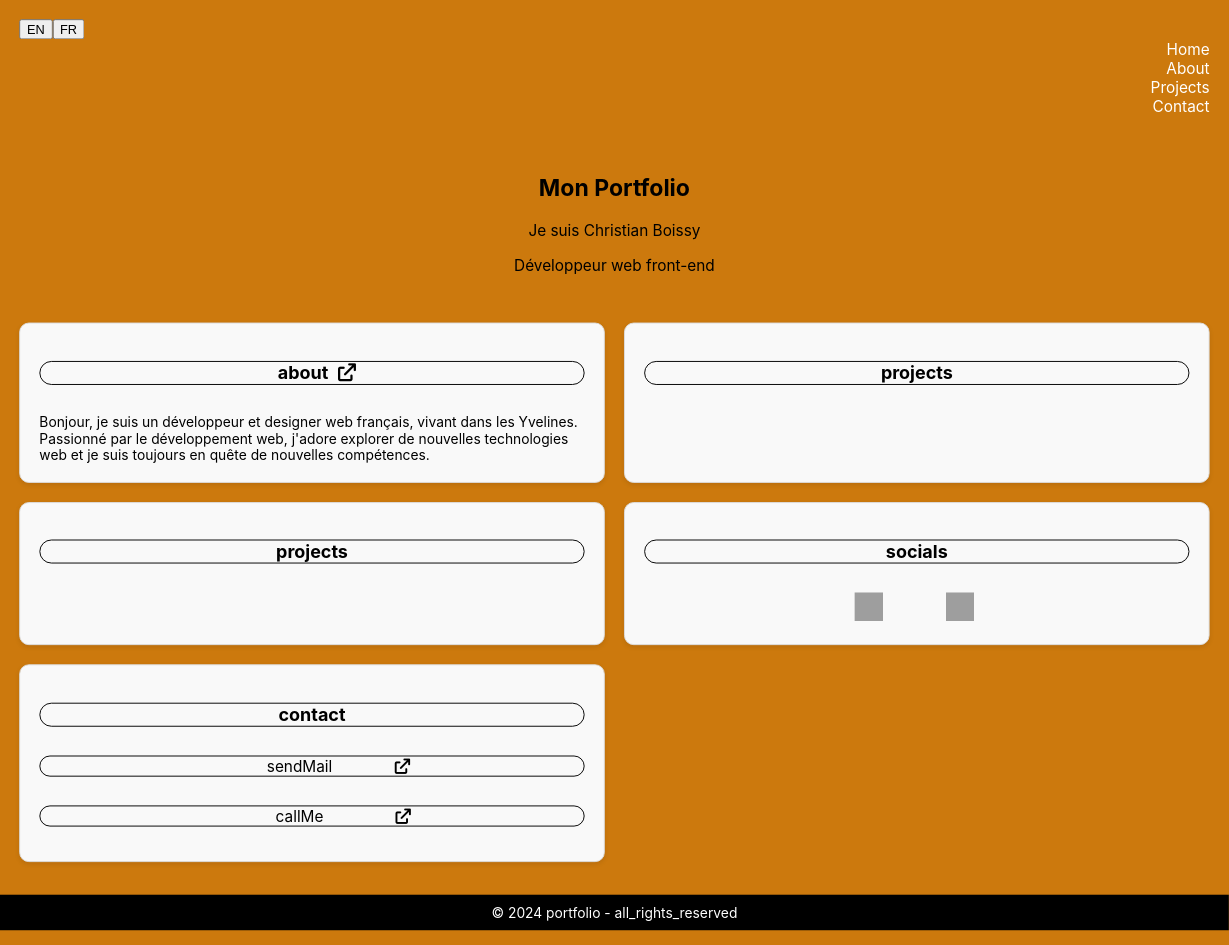
Repository: Christian121966/mon-portfolio
Page: /
An editor plug-in stored every save of this project. The page is shown before and after the next save, followed by the edit.
The browser window is 1280 px wide. The pictures show the whole page, at 96% of full size.
Pictures or frames that could not be fetched are drawn as grey boxes. The project was rebuilt for these pictures with package versions that can differ from the ones it lists, and the page was loaded fresh each time. Also part of the build but not shown: src/pages/AboutPage/AboutPage.scss, src/pages/AboutPage/AboutPage.js, src/pages/ProjectsPage/ProjectsPage.js, src/pages/ContactPage/ContactPage.js. Imported but missing from the stored project, and not drawn on this page: src/i18next.

Above is the page before, as saved 2024-07-24 16:28:22.

### src/index.js
import React from 'react';
import ReactDOM from 'react-dom/client';
import '../src/index.css';
import App from './App';
import '../src/i18next';
import reportWebVitals from './reportWebVitals';

const root = ReactDOM.createRoot(document.getElementById('root'));
root.render(
  <React.StrictMode>
    <App />
  </React.StrictMode>
);

// If you want to start measuring performance in your app, pass a function
// to log results (for example: reportWebVitals(console.log))
// or send to an analytics endpoint. Learn more: https://bit.ly/CRA-vitals
reportWebVitals();

### src/App.js
import React from 'react';
import { BrowserRouter as Router, Route, Routes } from 'react-router-dom';
import HomePage from '../src/pages/HomePage/HomePage';
import AboutPage from '../src/pages/AboutPage/AboutPage';
import ProjectsPage from '../src/pages/ProjectsPage/ProjectsPage';
import ContactPage from './pages/ContactPage/ContactPage';
import Header from '../src/components/Header/Header';
import Footer from '../src/components/Footer/Footer';

function App() {
  return (
    <Router>
      <Header />
      <Routes>
      <Route path="/" element={<HomePage />} />
        <Route path="/about" element={<AboutPage />} />
        <Route path="/projects" element={<ProjectsPage />} />
        <Route path="/contact" element={<ContactPage />} />
      </Routes>
      <Footer />
    </Router>
  );
}

export default App;

### src/pages/HomePage/HomePage.js
// src/pages/HomePage.js
import React, { useState, useEffect } from 'react';
import { useTranslation } from 'react-i18next';



import './HomePage.scss';

const HomePage = () => {
  const [phoneNumberVisible, setPhoneNumberVisible] = useState(false);
  const { t } = useTranslation();

  useEffect(() => {
    if (phoneNumberVisible) {
      const timer = setTimeout(() => {
        setPhoneNumberVisible(false);
      }, 10000);

      return () => clearTimeout(timer);
    }
  }, [phoneNumberVisible]);

  const showPhoneNumber = (event) => {
    event.preventDefault();
    setPhoneNumberVisible(true);
  };

  return (
    <div className="homepage">
      <h2>{t('Mon Portfolio')}</h2>
      <span className='homepage__name'>{t('Je suis Christian Boissy')}</span>
      <p className="homepage__profession">{t('Développeur web front-end')}</p>
      <div className="homepage__cards">
        <div className="card">
          <h3>
            {t('about')}
            <a href="/about" className="propos__link">
              <i className="fa-solid fa-arrow-up-right-from-square"></i>
            </a>
          </h3>
          <span className='propos'>
            Bonjour, je suis un développeur et designer web français, vivant dans les Yvelines. Passionné par le développement web, j'adore explorer de nouvelles technologies web et je suis toujours en quête de nouvelles compétences.
          </span>
        </div>
        <div className="card">
          <h3>{t('projects')}</h3>
        </div>
        <div className="card">
          <h3>{t('projects')}</h3>
        </div>
        <div className="card">
          <h3>{t('socials')}</h3>
          <a href="https://github.com/votre-profil" target="_blank" rel="noopener noreferrer">
            <img className='github' width="30" height="30" src="https://img.icons8.com/ios-glyphs/30/github.png" alt="github"/>
          </a>
          <a href="https://www.linkedin.com/in/votre-profil" target="_blank" rel="noopener noreferrer">
            <img className='linkedin' width="30" height="30" src="https://img.icons8.com/ios-glyphs/30/linkedin.png" alt="linkedin"/>
          </a>
        </div>
        <div className="card">
          <h3>{t('contact')}</h3>
          <p className='mail'>
            {t('sendMail')}
            <a href="mailto:boissychristian@gmail.com" className="contact__link">
              <i className="fa-solid fa-arrow-up-right-from-square"></i>
            </a>
          </p>
          <p className='phone'>
            {t('callMe')}
            <button className="contact_phone__link" onClick={showPhoneNumber}>
              <i className="fa-solid fa-arrow-up-right-from-square"></i>
            </button>
          </p>
          {phoneNumberVisible && (
            <p id="phone">
              0669311966
            </p>
          )}
        </div>
      </div>
    </div>
  );
};

export default HomePage;

### src/components/Header/Header.js
// src/components/Header/Header.js
import React from 'react';
import { useTranslation } from 'react-i18next';
import '../Header/Header.scss';

function Header() {
  const { i18n } = useTranslation();

  const changeLanguage = (lng) => {
    if (i18n && typeof i18n.changeLanguage === 'function') {
      i18n.changeLanguage(lng);
    } else {
      console.error('i18n.changeLanguage is not a function');
    }
  };


  return (
    <header className="header">
      <div className="header__language-buttons">
        <button onClick={() => changeLanguage('en')}>EN</button>
        <button onClick={() => changeLanguage('fr')}>FR</button>
      </div>
      <nav className="header__nav">
        <a href="/" className="header__link">Home</a>
        <a href="/about" className="header__link">About</a>
        <a href="/projects" className="header__link">Projects</a>
        <a href="/contact" className="header__link">Contact</a>
      </nav>
    </header>
  );
}

export default Header;

### src/components/Footer/Footer.js
// src/components/Footer/Footer.js
import React from 'react';
import { useTranslation } from 'react-i18next';
import '../../components/Footer/Footer.scss';

function Footer() {
  const { t } = useTranslation();

  return (
    <footer>
      <p className="footer__text">© 2024 {t('portfolio')} - {t('all_rights_reserved')}</p>
    </footer>
  );
}

export default Footer;

### src/pages/HomePage/HomePage.scss
@import '../../styles/abstracts/variables';
@import '../../styles/abstracts/mixins';

// src/pages/HomePage.scss

.homepage {
    padding: 20px;

    h2 {
      text-align: center;
    }

    .homepage__name {
      display: flex;
      justify-content: center;
      align-items: center;
    }

    .homepage__profession {
      display: flex;
      justify-content: center;
      align-items: center;
      margin-bottom: 50px;
    }

    .homepage__cards {
      display: grid;
      grid-template-columns: 1fr 1fr;
      gap: 20px;
      margin-top: 20px;

      @media (max-width: 768px) {
        grid-template-columns: 1fr;
      }

      .card {
        background-color: #f9f9f9;
        border: 1px solid #ddd;
        border-radius: 10px;
        padding: 20px;
        box-shadow: 0 2px 5px rgba(0, 0, 0, 0.1);
        text-align: center;

        h3 {
          margin-bottom: 30px;
          border: 1px solid #000;
          border-radius: 35px;
        }

        a.propos__link {
          text-decoration: none;
          color: #000;
        }

        .fa-solid.fa-arrow-up-right-from-square {
          position: relative;
          left: 10px;
          cursor: pointer;
        }

        .propos {
          font-size: 0.9rem;
          text-align: left;
          display: flex;
        }
      }
    }

        .github {
            position: relative;
            left: -35px;
            cursor: pointer;
        }

        .linkedin {
            position: relative;
            left: 30px;
            cursor: pointer;
        }

        .mail {
            border: 1px solid #000;
            border-radius: 35px;
            margin-bottom: 30px;

            .contact__link {
                position: relative;
                left: 45px;
                color: #000;
                cursor: pointer;
            }
        }

        .phone {
            border: 1px solid #000;
            border-radius: 35px;

            .contact_phone__link {
                position: relative;
                left: 55px;
                color: #000;
                cursor: pointer;
            }
        }

        .contact__link, .contact_phone__link {
            margin-left: 10px;
            color: inherit;
            text-decoration: none;
        }

        .contact_phone__link {
            background: none;
            border: none;
            color: inherit;
            font: inherit;
            cursor: pointer;
            display: inline;
            padding: 0;
        }

    }

### src/components/Header/Header.scss
// src/styles/components/_header.scss
@import '../../styles/abstracts/variables';
@import '../../styles/abstracts/mixins';

.header {
  //background-color: $primary-color;
  padding: 20px;

  &__nav {
    display: flex;
    flex-direction: column;
    justify-content: end;
    align-items: end;
  }

  &__link {
    color: white;
    text-decoration: none;

    &:hover {
      text-decoration: underline;
    }
  }

  /* src/components/Header/Header.scss */

.header__language-buttons {
  display: flex;
  align-items: center;
}

.control__lang {
  display: flex;
  align-items: center;
  background-color: #007bff;
  color: #ffffff;
  border: none;
  border-radius: 5px;
  padding: 8px 16px;
  cursor: pointer;
  position: relative;
  font-size: 16px;
  outline: none;
}

.control__lang_side {
  margin: 0 8px;
}

.control__lang_switch {
  position: absolute;
  top: 50%;
  left: 50%;
  transform: translate(-50%, -50%);
  background-color: #ffffff;
  border-radius: 50%;
  width: 24px;
  height: 24px;
  transition: transform 0.3s ease;
}

.control__lang[aria-checked="true"] .control__lang_switch {
  transform: translate(calc(-50% + 100%), -50%);
}

.control__lang_switch span {
  display: block;
  width: 100%;
  height: 100%;
}

}

### src/components/Footer/Footer.scss
@import '../../styles/abstracts/variables';
@import '../../styles/abstracts/mixins';

p.footer__text {
    color: white;
    text-align: center;
    padding: 10px;
    background-color: $primary-color;
    @include flex-center;
    font-size: 0.9rem;
}

### src/styles/abstracts/_variables.scss
// src/styles/abstracts/_variables.scss

// Couleurs
$primary-color: #000;
$secondary-color: #2ecc71;
$tertiary-color: #3498db;;
$font-color: #333;
$background-color: #f5f5f5;

// Fonts
$font-stack: 'Helvetica, sans-serif';

// Autres variables
$border-radius: 5px;

### src/styles/abstracts/_mixins.scss
// src/styles/abstracts/_mixins.scss

@mixin flex-center {
    display: flex;
    justify-content: center;
    align-items: center;
  }

  @mixin responsive-font-size($size) {
    font-size: $size;

    @media (max-width: 600px) {
      font-size: $size * 0.8;
    }
  }

Loaded but not shown: public/index.html (common file); src/index.css (common file); src/reportWebVitals.js (common file)

After the next save:
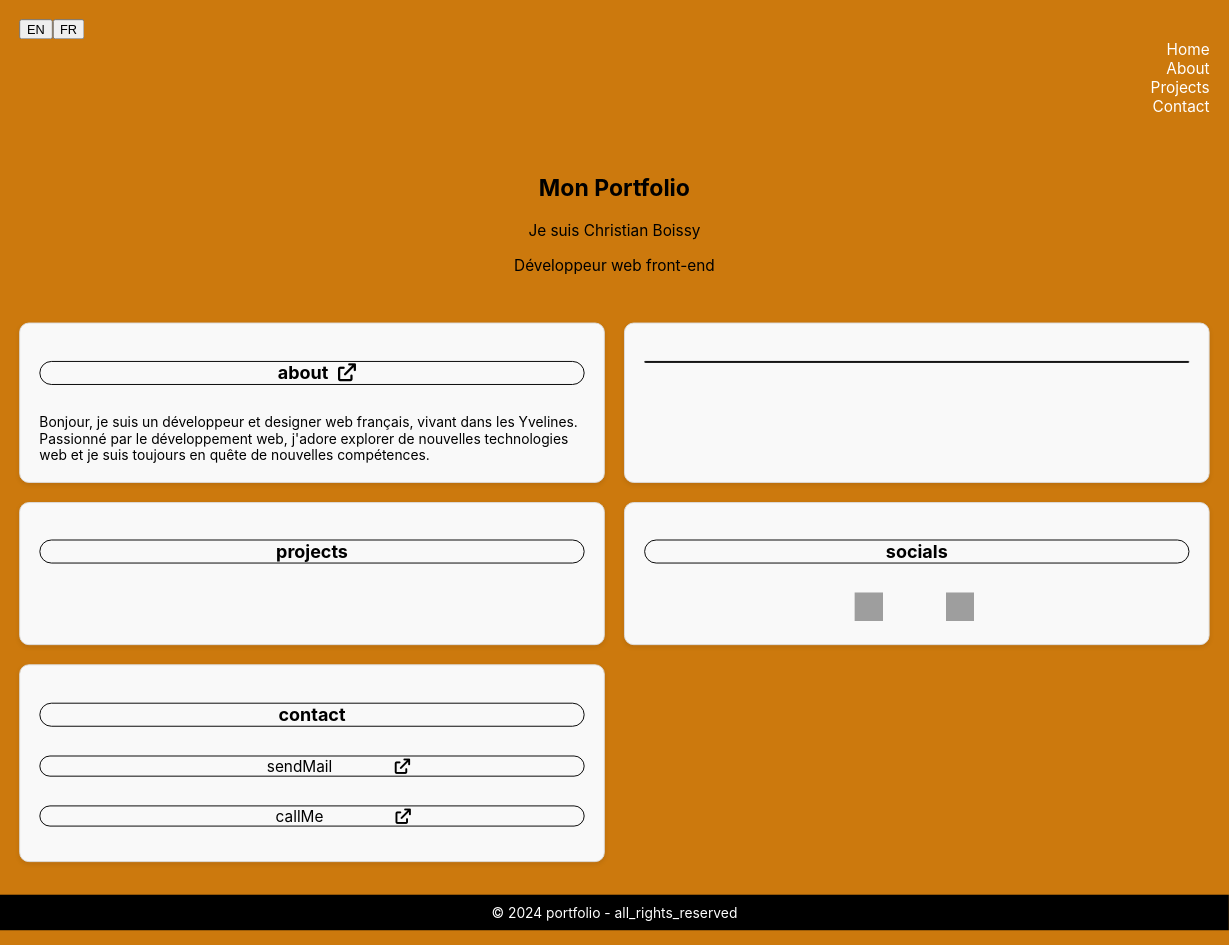
Saved 6 s later.
--- a/src/pages/HomePage/HomePage.js
+++ b/src/pages/HomePage/HomePage.js
@@ -43,7 +43,7 @@ const HomePage = () => {
           </span>
         </div>
         <div className="card">
-          <h3>{t('projects')}</h3>
+          <h3>{t('')}</h3>
         </div>
         <div className="card">
           <h3>{t('projects')}</h3>
